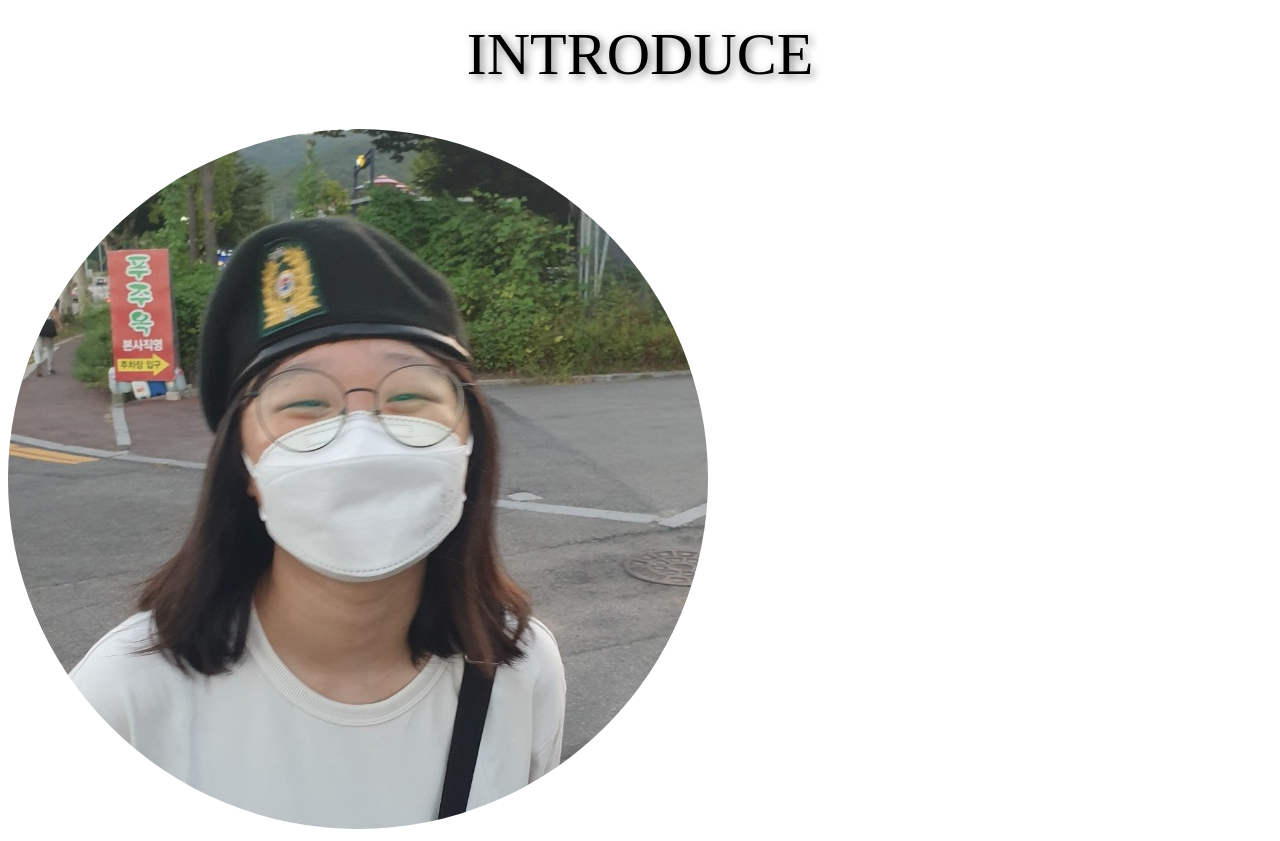
Repository: papav-hub/Web_Study
Page: ChoiHyeMin_reg/src/main/webapp/introduce.html
The author's editor kept a copy of each file at every save. The page is drawn from the files as they stood at one save, then again after the next save.
The browser window is 1280 px wide. The pictures show the whole page.

Above is the page before, as saved 2021-10-03 19:03:46.

### ChoiHyeMin_reg/src/main/webapp/introduce.html
<!DOCTYPE html>
<html>

<head>
	<meta charset="UTF-8">
	<title>Web Service ProgrammingHomework</title>
	<link rel="stylesheet" href="resources/register.css" type="text/css"></link>
</head>

<style>

	#circle
	{
	    border-radius: 70%;
	    overflow: hidden;
	}

</style>

<body>
	<header> INTRODUCE </header>


    <img src="resources/ChoiHyeMin01.jpg" id="circle">




</body>
</html>

### ChoiHyeMin_reg/src/main/webapp/resources/register.css
@charset "UTF-8";

	header
	{
		margin:20px 10px 40px 10px;
		font-family:"FreeStyle Script", "Mistral";
		font-size:60px;
		text-shadow:3px 3px 8px gray;
		text-align:center;
	}


	body
	{
		color:black;
		font-family:'맑은 고딕', '돋움', '고딕';
	}


	div
	{
		margin-left:auto;
		margin-right:auto;
		width:70%;
		text-align:center;
	}


	ul
	{
		list-style:none;
		text-align:left;
		background-color:#FDF2EE;
		margin-left:20px;
		margin-right:20px;
		padding-top:20px;
		padding-bottom:20px;
	}


	#sect
	{
		background-color:#FDF2EE;
		text-align:center;
		margin:20px;
		padding:20px;
	}


	a
	{
		text-decoration:underline;
		color:#0000a0;
	}


	table
	{
		border-collapse:collapse;
		width:100%
	}


	th
	{
		border:1px solid lightgray;
		padding:5px;
		width:30%
	}


	td
	{
		border:1px solid lightgray;
		padding:5px;
		width:70%;
	}

After the next save:
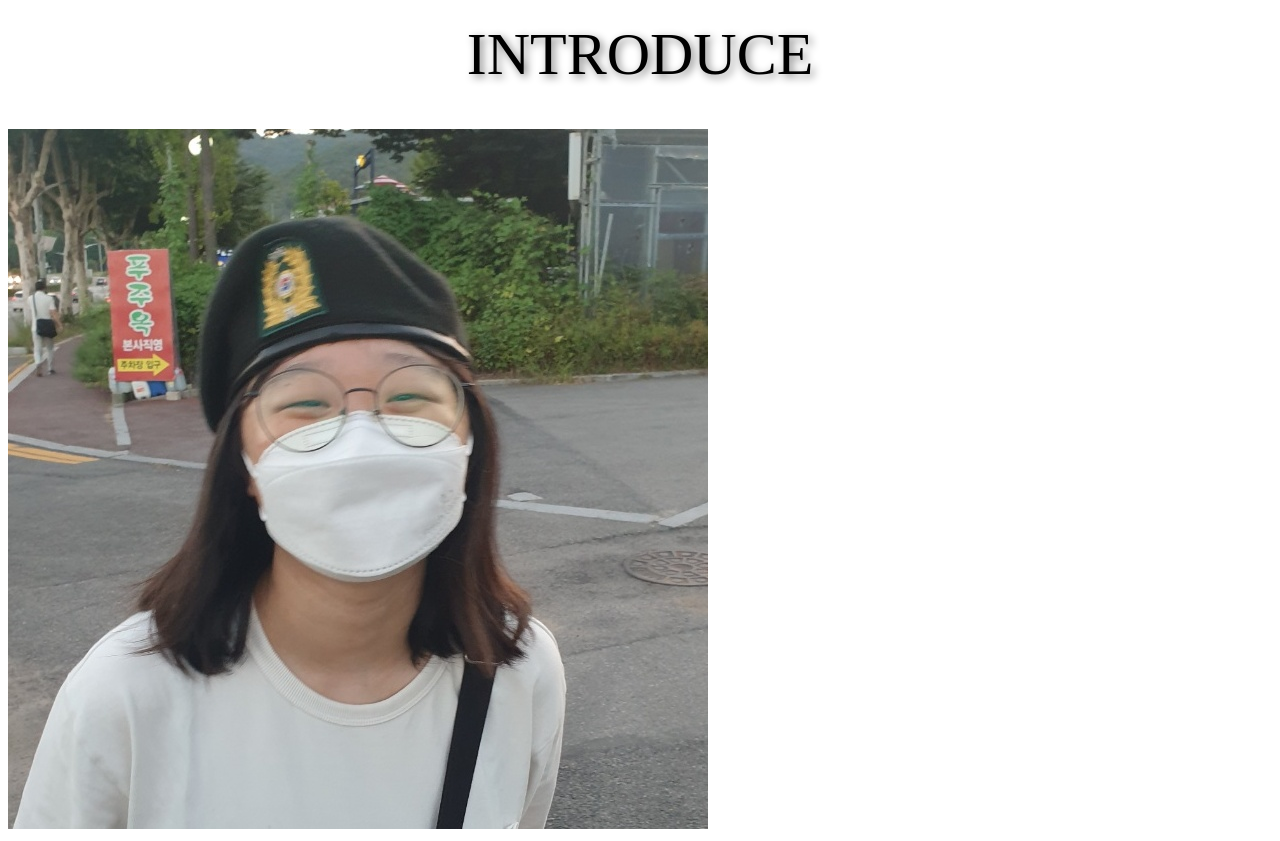
Saved 37 s later.
--- a/ChoiHyeMin_reg/src/main/webapp/introduce.html
+++ b/ChoiHyeMin_reg/src/main/webapp/introduce.html
@@ -9,10 +9,19 @@
 
 <style>
 
-	#circle
+	.box
 	{
-	    border-radius: 70%;
-	    overflow: hidden;
+    width: 150px;
+    height: 150px;
+    border-radius: 70%;
+    overflow: hidden;
+	}
+
+	.profile
+	{
+    width: 100%;
+    height: 100%;
+    object-fit: cover;
 	}
 
 </style>
